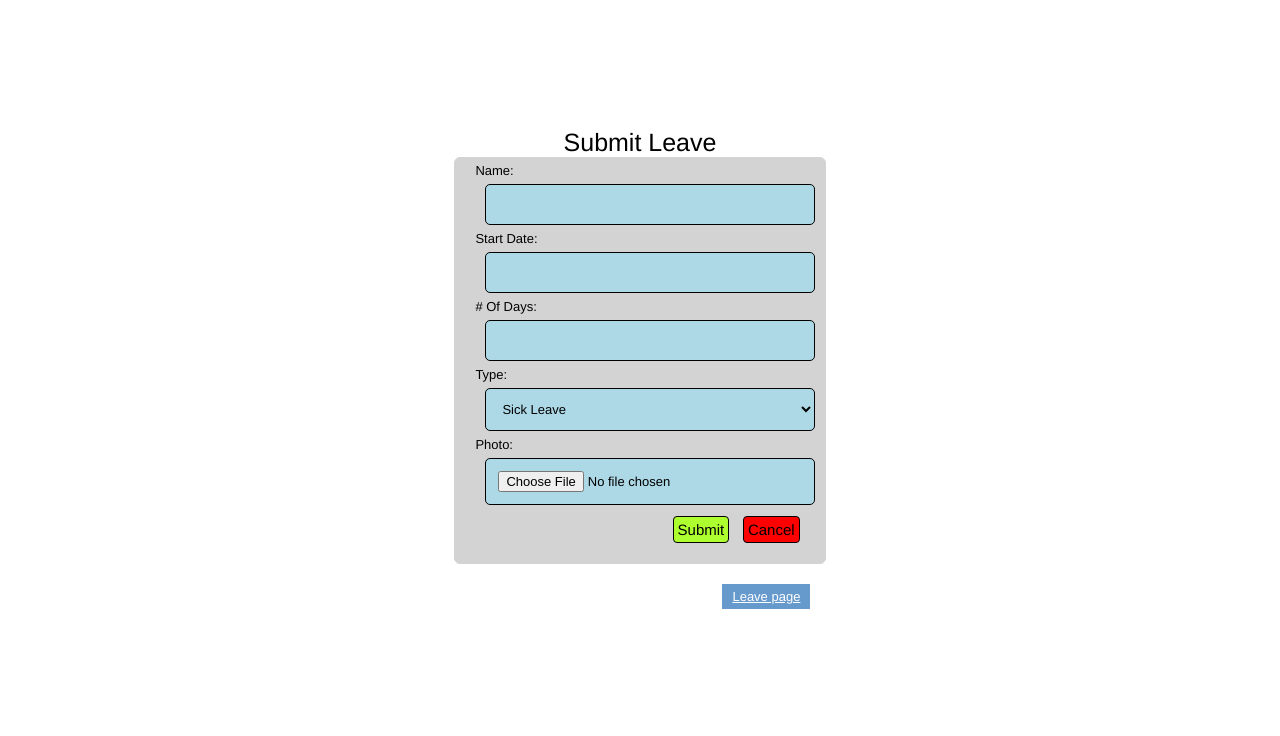
Repository: Murad71/BasicCRUD
Page: index.html
These files come from the project's save history. The page is drawn as it stood at one moment and after the next save; the edit follows.
The browser window is 1280 px wide. The pictures show the whole page.

Above is the page before, as saved 2023-04-18 21:35:41.

### index.html
<!DOCTYPE html>
<html lang="en">
  <head>
    <meta charset="UTF-8" />
    <meta http-equiv="X-UA-Compatible" content="IE=edge" />
    <meta name="viewport" content="width=device-width, initial-scale=1.0" />
    <link rel="stylesheet" href="index.css" />
    <title>Leave Request</title>
  </head>
  <body>
    <div class="flex1">
      <form id="form1">
        <header>Submit Leave</header>
        <div class="container">
          <label for="name">Name:</label>
          <input type="text" id="name" name="name" />
          <br />
          <label for="startdate">Start Date:</label>
          <input type="text" id="startdate" name="startdate" />
          <br />
          <label for="days"># Of Days:</label>
          <input type="text" id="days" name="days" />
          <br />
          <label for="leaves">Type:</label>
          <select id="leave" name="leaves" required>
            <option value="Sick leave">Sick Leave</option>
            <option value="Early leave">Early Leave</option>
            <option value="Vacation leave">Vacation Leave</option>
            <option value="Other">Other</option>
          </select>
          <br />
          <label for="photo">Photo:</label>
          <input type="file" id="photo" name="photo"/>
          <div class="button-container">
            <input type="submit" value="Submit" id="submitButton"/>
            <input type="reset" value="Cancel" class="cancel" />
          </div>
        </div>
      </form>
      <div class="anchorContainer">
        <a href="index1.html"> Leave page</a>
        <!--Added the hyperlink here-->
      </div>
    </div>
    <script src="script.js"></script>
  </body>
</html>

### index.css
* {
  box-sizing: border-box;
  font-family: "Franklin Gothic Medium", "Arial Narrow", Arial, sans-serif;
  font-size: small;
}

.flex1
{
  align-items: center;
  display: flex;
  justify-content: center;
  height: 100vh;
  flex-direction: column;
}

.container {
  background-color: lightgray;
  padding: 5px 20px 15px 20px;
  border: 1px solid lightgray;
  border-radius: 6px;
  flex-direction: column;
  margin-bottom: 20px;
  width: 100%;
}

header {
  font-size: 25px;
  text-align: center;
}

input[type="text"],
input[type="file"],
select,
textarea {
  width: 100%;
  padding: 12px;
  margin: 6px;
  border: 1px solid;
  border-radius: 5px;
  margin-left: 10px;
  background-color: lightblue;
}

.button-container {
  text-align: right;
}

input[type="submit"],
input[type="reset"] {
  font-size: 15px;
  border: 1px solid;
  margin: 5px;
  padding: 4px;
  background-color: greenyellow;
  border-radius: 4px;
}

input[type="reset"].cancel {
  background-color: red;
}

.anchorContainer {
  margin-left: 20%;
}

a {
  display: inline-block;
  background: #69c;
  color: #fff;
  padding: 5px 10px;
}

### script.js
let storage=JSON.parse(localStorage.getItem('store')) || [];
let index=JSON.parse(localStorage.getItem('rIndex')) || null;
const submitButtonCatch=document.getElementById("submitButton");
const img= new Image();

//after clicking the submit button
submitButtonCatch.addEventListener("click",() =>{
    const form=document.getElementById("form1");
    let object={};
    let flag=true;

    object["id"]= Date.now();
    for(let i=0;i<form.length;i++)
    {
        if(form.elements[i].name=="photo")
        {
            object[form.elements[i].name]= img.src;
        }
        else
        {
            object[form.elements[i].name]=form.elements[i].value;
        }
        if(form.elements[i].value=='')
        {
            flag=false;
            alert("WARNING: Fill all the given Input correctly.");
            break;
        }
        if(form.elements[i].name=="days" && (form.elements[i].value>7 || form.elements[i].value<1))
        {
            flag=false;
            alert("WARNING: Enter a valid number for vacation");
            break;
        }
    }

    if(flag)
    {
        alert("Your data has been submitted Successfully!!");
        if(index!=null)
        {
            storage[index]=object;
            index=null;
        }
        else storage.push(object);


        localStorage.setItem('store',JSON.stringify(storage));
        localStorage.setItem('rIndex',JSON.stringify(index));
        form.reset();
    }
});


//base64 conversion
const fileEl= document.getElementById('photo');
fileEl.addEventListener('change', () =>{

    const fr= new FileReader();
    fr.readAsDataURL(fileEl.files[0]);

    fr.addEventListener('load', ()=>{

        const url= fr.result;
        img.src= url;

    });

});


console.log(storage);



// let submitButtonClicked=document.getElementById("submitButton");
// let indx=0;
// let flag= true;
// let obj={};

// submitButtonClicked.addEventListener('click',() =>{

//     const form= document.getElementById('form1');
//     obj["id"]= indx;
//     indx++;
//     for(let i=0; i<form.length; i++)
//     {
//         obj[form.elements[i].name]=form.elements[i].value;
//         if(form.elements[i].value=='')
//         {
//             flag=false;
//             alert("WARNING: Fill all the given Input correctly.");
//             break;
//         }
//         if(form.elements[i].name=="days" && (form.elements[i].value>7 || form.elements[i].value<1))
//         {
//             flag=false;
//             alert("WARNING: Enter a valid number for vacation");
//             break;
//         }
//     }

//     if(flag)
//     {
//         alert("Data entered successfully!");
//         insertData();
//     }

// });


// function intertData()
// {
//     const table = document.getElementsByClassName("tbody1")[0];
//           var row=document.createElement('tr');
//            row.innerHTML = `<td>${obj.name}</td>
//                 <td>${obj.startdate}</td>
//                 <td>${obj.days}</td>
//                 <td>${obj.leaves}</td>
//                 <td><img id="img" src=${obj.photo} alt=""></td>
//                 <td><a href="index.html" id="edit">Edit</a> <input type='button' value= 'Reject' name=${obj.id} id="reject"/></td>`;
//             table.appendChild(row);
// }

After the next save:
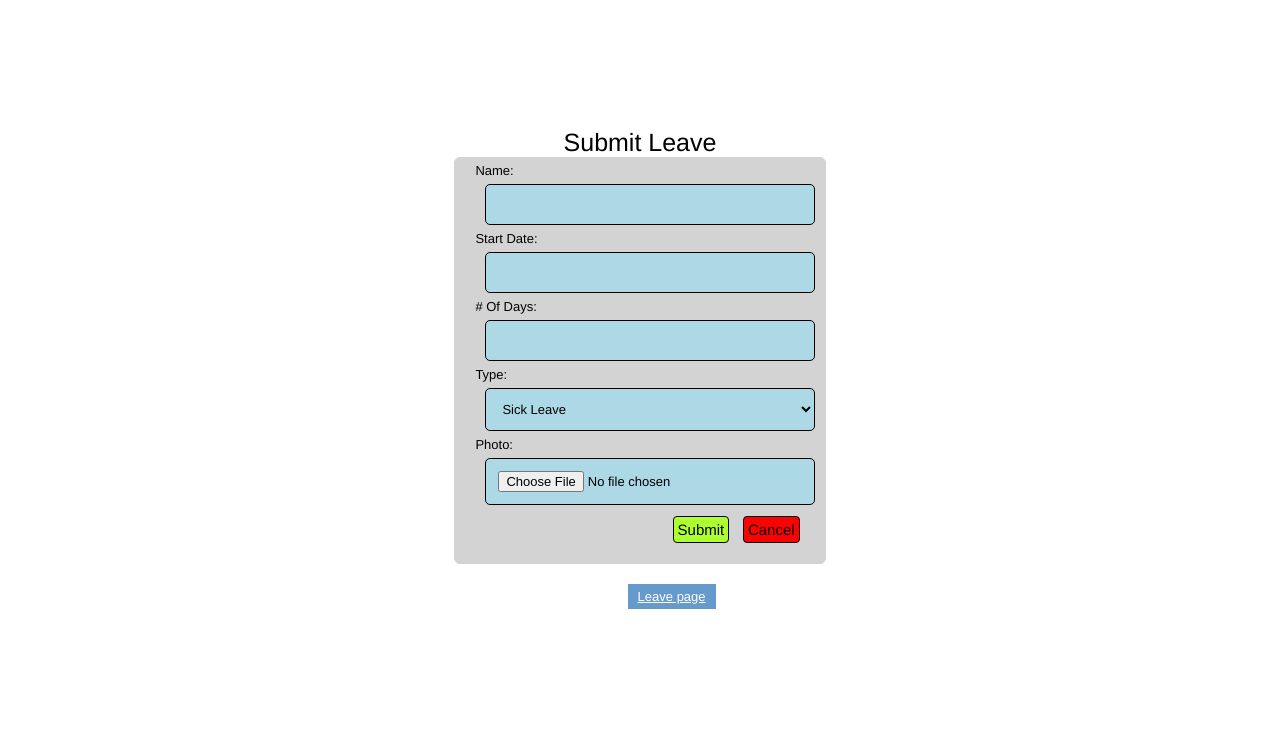
Saved 11 s later.
--- a/index.css
+++ b/index.css
@@ -60,7 +60,7 @@ input[type="reset"].cancel {
 }
 
 .anchorContainer {
-  margin-left: 20%;
+  margin-left: 5%;
 }
 
 a {
